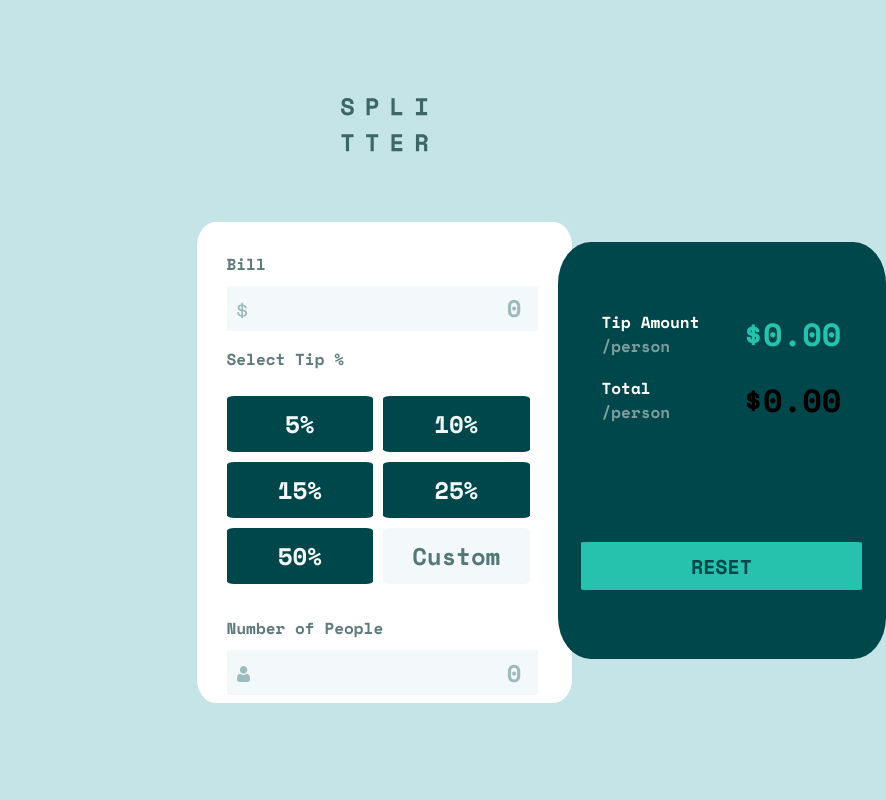
Repository: Arkitecth/tip-calculator
Page: index.html
These files come from the project's save history. The page is drawn as it stood at one moment and after the next save; the edit follows.
The browser window is 768 px wide. The page is 886 px wide, then 768 px, so the pictures cover 886 px, including what lies to the right of the window. The pictures show the whole page.

Above is the page before, as saved 2023-06-09 20:30:23.

### index.html
<!DOCTYPE html>
<html lang="en">
<head>
  <meta charset="UTF-8">
  <meta name="viewport" content="width=device-width, initial-scale=1.0"> <!-- displays site properly based on user's device -->

  <link rel="icon" type="image/png" sizes="32x32" href="./images/favicon-32x32.png">
  <link rel="stylesheet" href="styles.css">
  <title>Tip calculator app</title>

</head>
<body>

  <main>
    <img src="images/logo.svg" alt="logo">
      <div class="app">
        <div class="entry">
          <div class="bill-entry">
            <p>Bill</p>
            <img src="images/icon-dollar.svg" alt="dollar sign"><input class="entry-input" type="text" name="Bill" id="Bill" placeholder="0">
          </div>

          <div class="tip-entry">
            <p>Select Tip %</p>
            <input type="button" value="5%">
            <input type="button" value="10%">
            <input type="button" value="15%">
            <input type="button" value="25%">
            <input type="button" value="50%">
            <input class="custom" type="button" value="Custom">
          </div>

          <div class="people-entry">
            <p>Number of People</p>
            <img src="images/icon-person.svg" alt="person sign"><input class="entry-input" type="text" name="people-entry" id="people-entry" placeholder="0">
          </div>

        </div>

        <div class="result">
          <div class="tip">
            <p class="title">Tip Amount
              <br>
              <span class="grey-color">/person</span>
            </p>
            <h1 class="amount">$0.00</h1>

          </div>

          <div class="total">
            <p class="title">Total
              <br>
              <span class="grey-color">/person</span>
            </p>
            <h1>$0.00</h1>
          </div>
          <button class="reset-button">Reset</button>
        </div>


  </div>
  </main>





</body>
</html>

### styles.css
@import url('https://fonts.googleapis.com/css2?family=Space+Mono:wght@700&display=swap');
* {
    margin: 0;
    padding: 0;
    font-family: 'Space Mono', monospace;
}

/* Main Styling */
body {
    background-color: #C5E4E7;

}

main {
    display: flex;
    flex-direction: column;
    justify-content: center;
    align-items: center;
    align-content: center;
    height: 100vh;
    gap: 70px;
}

/* App Styling */

.app {
    width: 920px;
    height: 481px;
    background-color: white;
    border-radius: 5%;
    display: grid;
    grid-template-columns: 1fr 1fr;
}

/* Entry Styling */

.entry {
    display: grid;
    padding-top: 30px;
    grid-template-rows: auto auto auto;
    padding-left: 30px;
    justify-content: center;
    color: #5E7A7D;
}

.entry p {
    margin-bottom: 10px;
}

.entry-input {
    background-color:#f3F9FA;
    width: 379px;
    height: 45px;
    border: none;
    border-radius: 2%;
    text-align: right;
    font-size: 1.5rem;
    color: #00474B;

}

.entry-input:focus {
    outline: none;
    border: 1px solid #26C2AE;

}

.entry-input::placeholder {
    text-align: right;
    font-size: 1.5rem;
    color:#00474B;
    opacity: 0.35;
    padding: 1rem;

}

/* Bill Styling */

.bill-entry {
    position: relative;
}

.bill-entry img {
    position: absolute;
    top: 50px;
    left: 10px;
}

/* Tip Entry */
.tip-entry p {
    padding: 10px;
}
.tip-entry input[type="button"] {
    width: 117px;
    padding: 10px;
    margin-bottom: 10px;
    background-color:#00474B;
    color: #f3F9FA;
    font-size: 1.5rem;
    border: none;
    border-radius: 5%;
    font-weight: 700;
}

.tip-entry input[type="button"]:active,.tip-entry input[type="button"]:hover {
    background-color: #26C2AE;
}
.tip-entry input[type="button"]:active {
    transform: translateY(4px);
}

.tip-entry input.custom {
    background-color: #F3F9FA;
    color:#547878;
}

/* People Entry Styling */
.people-entry {
    position: relative;
}
.people-entry img {
    position: absolute;
    top: 50px;
    left: 10px;
}

/* Result Styling */
.result {
    display: flex;
    flex-direction: column;
    background-color: #00474B;
    align-content: center;
    justify-content: space-evenly;
    border-radius: 10%;
    margin-top: 30px;
    width: 413px;
    height: 417px;
}

/* Tip Syling */
.tip {
    display: flex;
    flex-direction: row;
    justify-content: space-evenly;
    align-content: center;

}

.title {
    color: #FFFFFF;
    width: 98px;
}

.grey-color {
    color: #7F9D9F;
}

.amount {
    color: #26C2AE;
    font-size: 48px;
}

.total {
    display: flex;
    justify-content: space-evenly;
    transform: translateY(-50px);
}

/* Rest Button */
.reset-button {
    width: 333px;
    height: 48px;
    margin: 0 auto;
    text-transform: uppercase;
    font-size: 20px;
    background-color: #26C2AE;
    color: #00474B;
    border: none;
    border-radius: 2%;
}

.reset-button:hover,
.reset-button:active{
    background-color: #9FE8DF
}
.reset-button:active{
    transform: translateY(4px);
}

@media screen and (max-width:956px) {
    .app {
        display: grid;
        grid-template-rows: auto auto;
        width: 375px;

    }
    .entry-input {
        width: 311px;
    }
    .tip-entry p {
        padding: 15px 0;
    }
    .tip-entry input[type="button"]  {
        width: 146.63px;
    }
    .people-entry p {
        padding-top: 20px;
    }

    .people-entry img {
        transform: translateY(20px);
    }
    .result {
        width: 328px;
        margin: 10px auto;
        font-size: 16px;
        justify-content: space-evenly;
        margin-top: 20px;
        margin-left: 20px;
    }

    .reset-button {
        width: 281px;
    }

    .amount {
        font-size: 32px;
    }
}

After the next save:
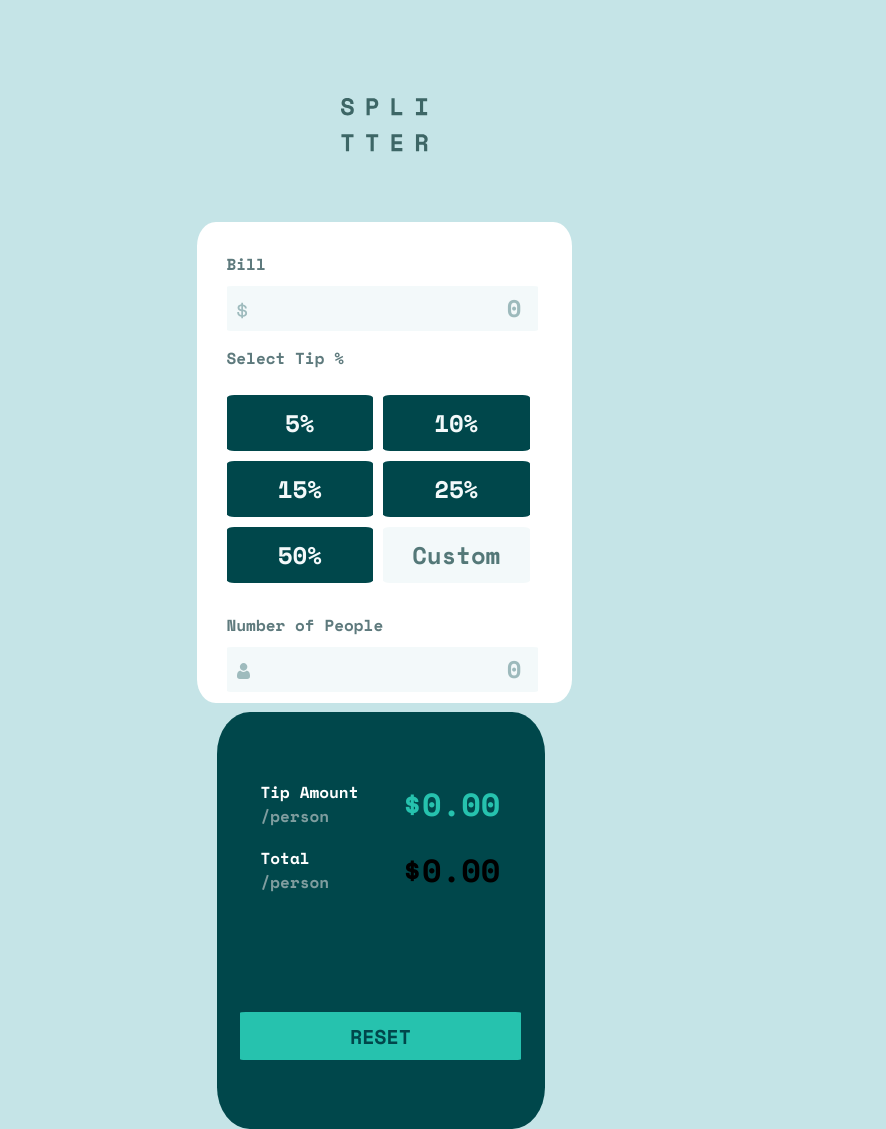
Saved 21 s later.
--- a/styles.css
+++ b/styles.css
@@ -213,6 +213,7 @@
     .result {
         width: 328px;
         margin: 10px auto;
+        grid-row: 2;
         font-size: 16px;
         justify-content: space-evenly;
         margin-top: 20px;
